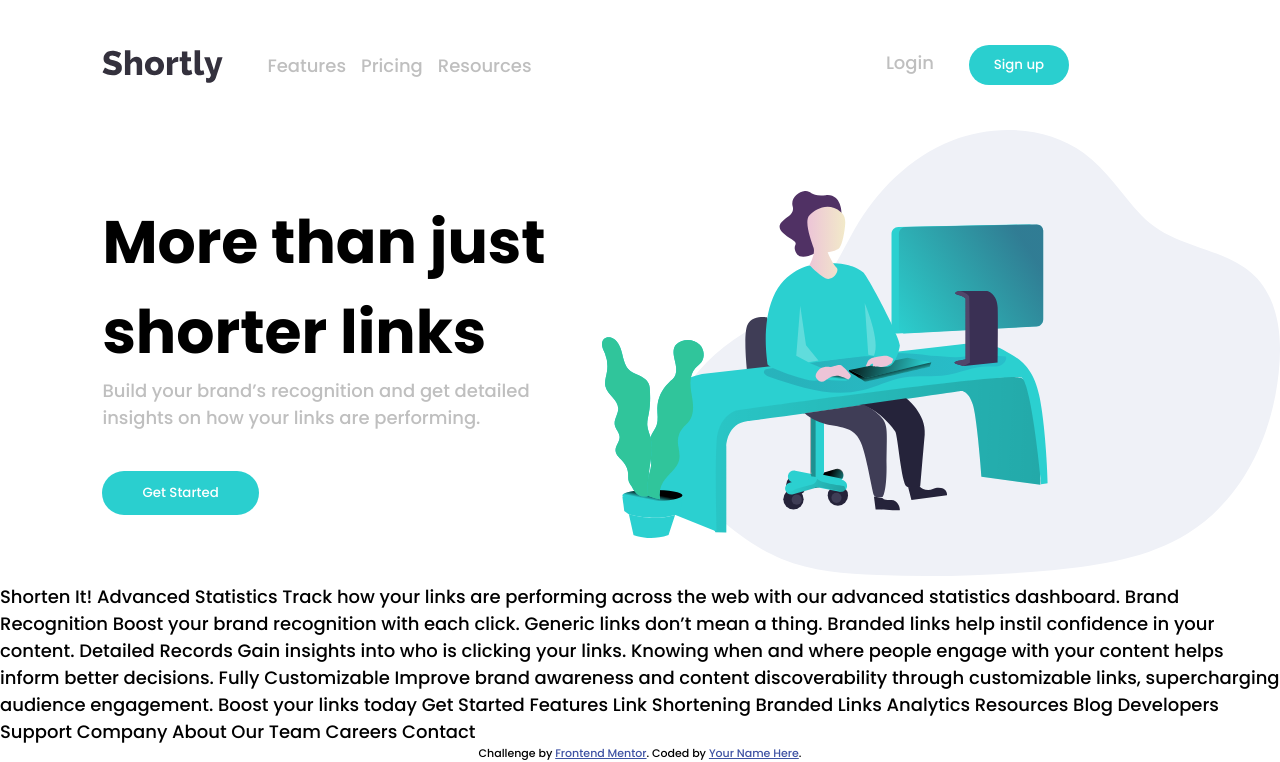
Repository: mamulini/URL-shortener
Page: index.html
These files come from the project's save history. The page is drawn as it stood at one moment and after the next save; the edit follows.
The browser window is 1280 px wide. The pictures show the whole page.
The style sheet was rebuilt from its Sass, Less or Tailwind sources for each picture, by a compiler version that may differ from the author's.

Above is the page before, as saved 2020-04-11 21:16:05.

After the next save:
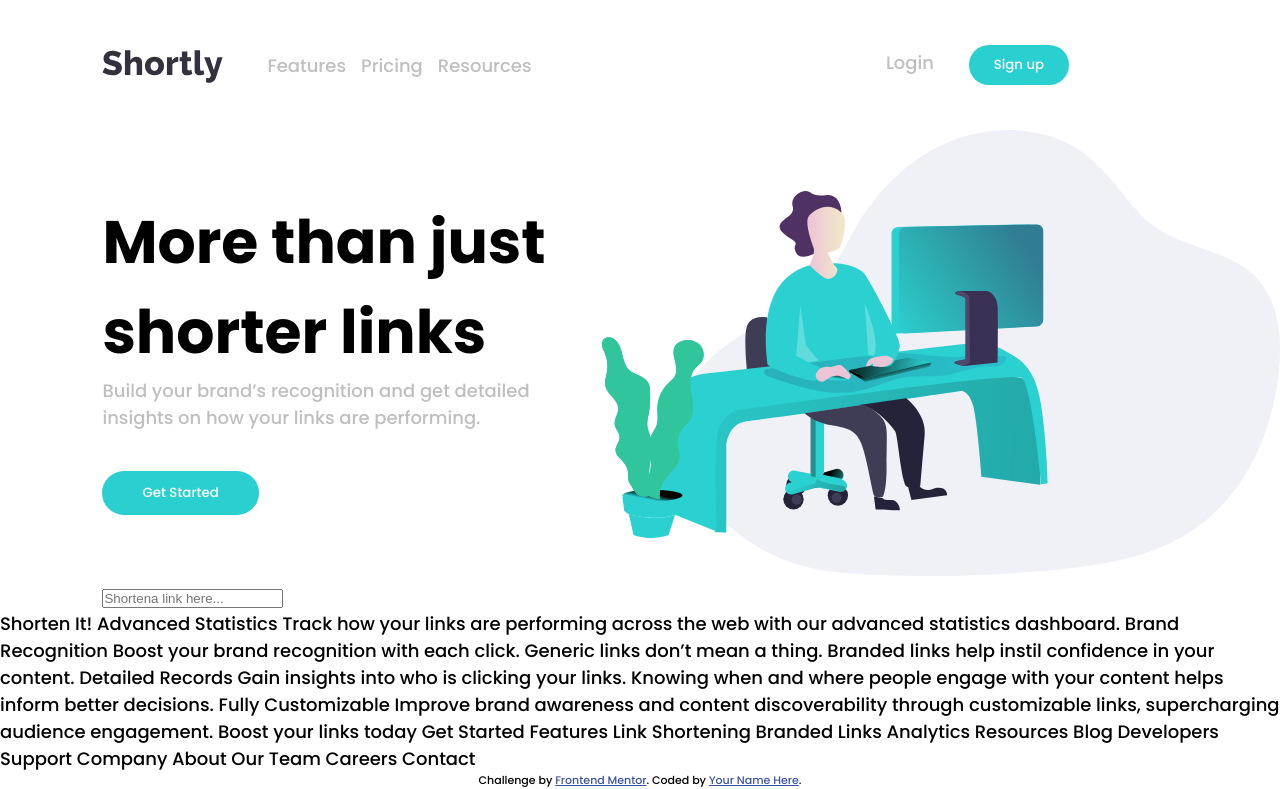
Saved 2 min 30 s later.
--- a/index.html
+++ b/index.html
@@ -42,8 +42,10 @@
         <img src="./images/illustration-working.svg" alt="image">
       </div>
     </div>
-    <div class="shorten">
-
+    <div class="shorten container">
+      <div class="shorten__handler">
+        <input class="shorten__input" type="text" placeholder="Shortena link here...">
+      </div>
     </div>
   </main>
 
